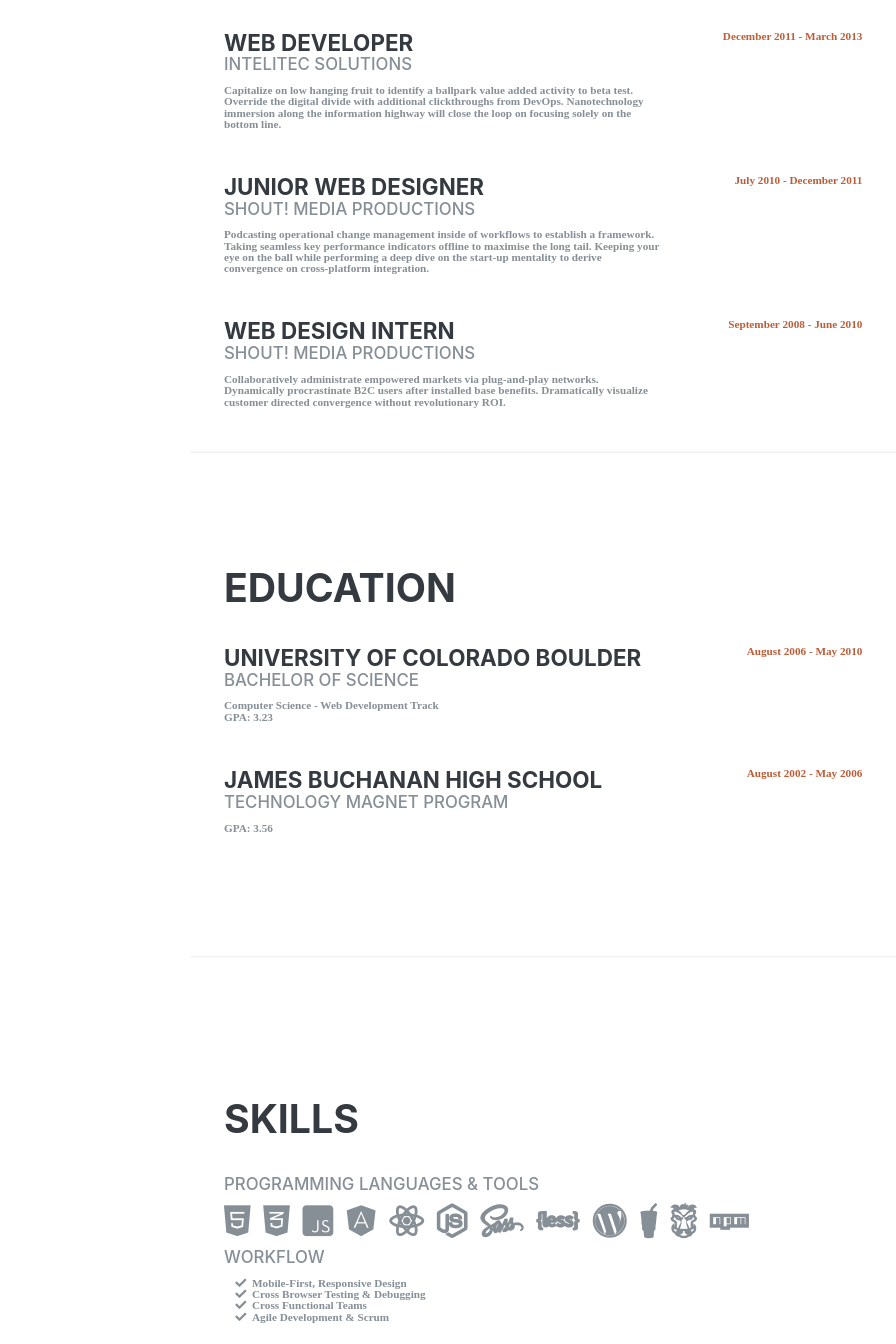
Repository: ankitkeshari719/ankitkeshari719.github.io
Page: index.html
The author's editor kept a copy of each file at every save. The page is drawn from the files as they stood at one save, then again after a run of saves.
The browser window is 1280 px wide. The pictures show the part of the page from y = 1049 to 2969 px (the page is 4602 px tall before and 4349 px after), at 70% of full size.
Some web fonts or font styles are not loaded; a fallback is used.

Above is the page before, as saved 2020-03-13 16:00:28.

### index.html
<!DOCTYPE html>
<html lang="en">

<head>

  <meta charset="utf-8">
  <meta name="viewport" content="width=device-width, initial-scale=1, shrink-to-fit=no">
  <meta name="description" content="">
  <meta name="author" content="">

  <title>Ankit Keshari : Portfolio</title>

  <!-- Bootstrap core CSS -->
  <link href="vendor/bootstrap/css/bootstrap.min.css" rel="stylesheet">

  <!-- Custom fonts for this template -->
  <link href="https://fonts.googleapis.com/css?family=Saira+Extra+Condensed:500,700" rel="stylesheet">
  <link href="https://fonts.googleapis.com/css?family=Muli:400,400i,800,800i" rel="stylesheet">
  <link href="vendor/fontawesome-free/css/all.min.css" rel="stylesheet">

  <!-- Custom styles for this template -->
  <link href="css/resume.min.css" rel="stylesheet">

</head>

<body id="page-top">

  <nav class="navbar navbar-expand-lg navbar-dark bg-primary fixed-top" id="sideNav">
    <a class="navbar-brand js-scroll-trigger" href="#page-top">
      <span class="d-block d-lg-none">Ankit Keshari</span>
      <span class="d-none d-lg-block">
        <img class="img-fluid img-profile rounded-circle mx-auto mb-2" src="img/profile.jpg" alt="">
      </span>
    </a>
    <button class="navbar-toggler" type="button" data-toggle="collapse" data-target="#navbarSupportedContent" aria-controls="navbarSupportedContent" aria-expanded="false" aria-label="Toggle navigation">
      <span class="navbar-toggler-icon"></span>
    </button>
    <div class="collapse navbar-collapse" id="navbarSupportedContent">
      <ul class="navbar-nav">
        <li class="nav-item">
          <a class="nav-link js-scroll-trigger" href="#about">About</a>
        </li>
        <li class="nav-item">
          <a class="nav-link js-scroll-trigger" href="#experience">Experience</a>
        </li>
        <li class="nav-item">
          <a class="nav-link js-scroll-trigger" href="#education">Education</a>
        </li>
        <li class="nav-item">
          <a class="nav-link js-scroll-trigger" href="#skills">Skills</a>
        </li>
        <li class="nav-item">
          <a class="nav-link js-scroll-trigger" href="#interests">Interests</a>
        </li>
        <li class="nav-item">
          <a class="nav-link js-scroll-trigger" href="#awards">Awards</a>
        </li>
      </ul>
    </div>
  </nav>

  <div class="container-fluid p-0">
    <section class="resume-section p-3 p-lg-5 d-flex align-items-center" id="about">
      <div class="w-100">
        <h1 class="mb-0">Ankit
          <span class="text-primary">Keshari</span>
        </h1>
        <div class="subheading mb-5">H-19, Rajnarayan Nagar. Gangapur Varanasi· Uttar Pradesh, CO 221302 · (+91) 950-1671-533 ·
          <a href="mailto:ankitkeshari719@gmail.com">ankitkeshari719@gmail.com</a>
        </div>
        <p class="lead mb-5">I am experienced in leveraging agile frameworks to provide a robust synopsis for high level overviews. Iterative approaches to corporate strategy foster collaborative thinking to further the overall value proposition.</p>
        <div class="social-icons">
          <a href="https://www.linkedin.com/in/ankit-keshari-a2937094?trk=hp-identity-name" target="_blank"><i class="fa fa-linkedin-square">
            <i class="fab fa-linkedin-in"></i>
          </a>
          <a href="https://github.com/ankitkeshari719" target="_blank">
            <i class="fab fa-github"></i>
          </a>
          <a href="https://twitter.com/I_m_ankit_kesri" target="_blank">
            <i class="fab fa-twitter"></i>
          </a>
          <a href="https://www.facebook.com/ankitkeshari719" target="_blank">
            <i class="fab fa-facebook-f"></i>
          </a>
        </div>
      </div>
    </section>

    <hr class="m-0">

    <section class="resume-section p-3 p-lg-5 d-flex justify-content-center" id="experience">
      <div class="w-100">
        <h2 class="mb-5">Experience</h2>

        <div class="resume-item d-flex flex-column flex-md-row justify-content-between mb-5">
          <div class="resume-content">
            <h3 class="mb-0">Senior Web Developer</h3>
            <div class="subheading mb-3">Intelitec Solutions</div>
            <p>Bring to the table win-win survival strategies to ensure proactive domination. At the end of the day, going forward, a new normal that has evolved from generation X is on the runway heading towards a streamlined cloud solution. User generated content in real-time will have multiple touchpoints for offshoring.</p>
          </div>
          <div class="resume-date text-md-right">
            <span class="text-primary">March 2013 - Present</span>
          </div>
        </div>

        <div class="resume-item d-flex flex-column flex-md-row justify-content-between mb-5">
          <div class="resume-content">
            <h3 class="mb-0">Web Developer</h3>
            <div class="subheading mb-3">Intelitec Solutions</div>
            <p>Capitalize on low hanging fruit to identify a ballpark value added activity to beta test. Override the digital divide with additional clickthroughs from DevOps. Nanotechnology immersion along the information highway will close the loop on focusing solely on the bottom line.</p>
          </div>
          <div class="resume-date text-md-right">
            <span class="text-primary">December 2011 - March 2013</span>
          </div>
        </div>

        <div class="resume-item d-flex flex-column flex-md-row justify-content-between mb-5">
          <div class="resume-content">
            <h3 class="mb-0">Junior Web Designer</h3>
            <div class="subheading mb-3">Shout! Media Productions</div>
            <p>Podcasting operational change management inside of workflows to establish a framework. Taking seamless key performance indicators offline to maximise the long tail. Keeping your eye on the ball while performing a deep dive on the start-up mentality to derive convergence on cross-platform integration.</p>
          </div>
          <div class="resume-date text-md-right">
            <span class="text-primary">July 2010 - December 2011</span>
          </div>
        </div>

        <div class="resume-item d-flex flex-column flex-md-row justify-content-between">
          <div class="resume-content">
            <h3 class="mb-0">Web Design Intern</h3>
            <div class="subheading mb-3">Shout! Media Productions</div>
            <p>Collaboratively administrate empowered markets via plug-and-play networks. Dynamically procrastinate B2C users after installed base benefits. Dramatically visualize customer directed convergence without revolutionary ROI.</p>
          </div>
          <div class="resume-date text-md-right">
            <span class="text-primary">September 2008 - June 2010</span>
          </div>
        </div>

      </div>

    </section>

    <hr class="m-0">

    <section class="resume-section p-3 p-lg-5 d-flex align-items-center" id="education">
      <div class="w-100">
        <h2 class="mb-5">Education</h2>

        <div class="resume-item d-flex flex-column flex-md-row justify-content-between mb-5">
          <div class="resume-content">
            <h3 class="mb-0">University of Colorado Boulder</h3>
            <div class="subheading mb-3">Bachelor of Science</div>
            <div>Computer Science - Web Development Track</div>
            <p>GPA: 3.23</p>
          </div>
          <div class="resume-date text-md-right">
            <span class="text-primary">August 2006 - May 2010</span>
          </div>
        </div>

        <div class="resume-item d-flex flex-column flex-md-row justify-content-between">
          <div class="resume-content">
            <h3 class="mb-0">James Buchanan High School</h3>
            <div class="subheading mb-3">Technology Magnet Program</div>
            <p>GPA: 3.56</p>
          </div>
          <div class="resume-date text-md-right">
            <span class="text-primary">August 2002 - May 2006</span>
          </div>
        </div>

      </div>
    </section>

    <hr class="m-0">

    <section class="resume-section p-3 p-lg-5 d-flex align-items-center" id="skills">
      <div class="w-100">
        <h2 class="mb-5">Skills</h2>

        <div class="subheading mb-3">Programming Languages &amp; Tools</div>
        <ul class="list-inline dev-icons">
          <li class="list-inline-item">
            <i class="fab fa-html5"></i>
          </li>
          <li class="list-inline-item">
            <i class="fab fa-css3-alt"></i>
          </li>
          <li class="list-inline-item">
            <i class="fab fa-js-square"></i>
          </li>
          <li class="list-inline-item">
            <i class="fab fa-angular"></i>
          </li>
          <li class="list-inline-item">
            <i class="fab fa-react"></i>
          </li>
          <li class="list-inline-item">
            <i class="fab fa-node-js"></i>
          </li>
          <li class="list-inline-item">
            <i class="fab fa-sass"></i>
          </li>
          <li class="list-inline-item">
            <i class="fab fa-less"></i>
          </li>
          <li class="list-inline-item">
            <i class="fab fa-wordpress"></i>
          </li>
          <li class="list-inline-item">
            <i class="fab fa-gulp"></i>
          </li>
          <li class="list-inline-item">
            <i class="fab fa-grunt"></i>
          </li>
          <li class="list-inline-item">
            <i class="fab fa-npm"></i>
          </li>
        </ul>

        <div class="subheading mb-3">Workflow</div>
        <ul class="fa-ul mb-0">
          <li>
            <i class="fa-li fa fa-check"></i>
            Mobile-First, Responsive Design</li>
          <li>
            <i class="fa-li fa fa-check"></i>
            Cross Browser Testing &amp; Debugging</li>
          <li>
            <i class="fa-li fa fa-check"></i>
            Cross Functional Teams</li>
          <li>
            <i class="fa-li fa fa-check"></i>
            Agile Development &amp; Scrum</li>
        </ul>
      </div>
    </section>

    <hr class="m-0">

    <section class="resume-section p-3 p-lg-5 d-flex align-items-center" id="interests">
      <div class="w-100">
        <h2 class="mb-5">Interests</h2>
        <p>Apart from being a web developer, I enjoy most of my time being outdoors. In the winter, I am an avid skier and novice ice climber. During the warmer months here in Colorado, I enjoy mountain biking, free climbing, and kayaking.</p>
        <p class="mb-0">When forced indoors, I follow a number of sci-fi and fantasy genre movies and television shows, I am an aspiring chef, and I spend a large amount of my free time exploring the latest technology advancements in the front-end web development world.</p>
      </div>
    </section>

    <hr class="m-0">

    <section class="resume-section p-3 p-lg-5 d-flex align-items-center" id="awards">
      <div class="w-100">
        <h2 class="mb-5">Awards &amp; Certifications</h2>
        <ul class="fa-ul mb-0">
          <li>
            <i class="fa-li fa fa-trophy text-warning"></i>
            Google Analytics Certified Developer</li>
          <li>
            <i class="fa-li fa fa-trophy text-warning"></i>
            Mobile Web Specialist - Google Certification</li>
          <li>
            <i class="fa-li fa fa-trophy text-warning"></i>
            1<sup>st</sup>
            Place - University of Colorado Boulder - Emerging Tech Competition 2009</li>
          <li>
            <i class="fa-li fa fa-trophy text-warning"></i>
            1<sup>st</sup>
            Place - University of Colorado Boulder - Adobe Creative Jam 2008 (UI Design Category)</li>
          <li>
            <i class="fa-li fa fa-trophy text-warning"></i>
            2<sup>nd</sup>
            Place - University of Colorado Boulder - Emerging Tech Competition 2008</li>
          <li>
            <i class="fa-li fa fa-trophy text-warning"></i>
            1<sup>st</sup>
            Place - James Buchanan High School - Hackathon 2006</li>
          <li>
            <i class="fa-li fa fa-trophy text-warning"></i>
            3<sup>rd</sup>
            Place - James Buchanan High School - Hackathon 2005</li>
        </ul>
      </div>
    </section>

  </div>

  <!-- Bootstrap core JavaScript -->
  <script src="vendor/jquery/jquery.min.js"></script>
  <script src="vendor/bootstrap/js/bootstrap.bundle.min.js"></script>

  <!-- Plugin JavaScript -->
  <script src="vendor/jquery-easing/jquery.easing.min.js"></script>

  <!-- Custom scripts for this template -->
  <script src="js/resume.min.js"></script>

</body>

</html>

Loaded but not shown: vendor/bootstrap/css/bootstrap.min.css (library); vendor/fontawesome-free/css/all.min.css (library); css/resume.min.css (common file); vendor/jquery/jquery.min.js (library); vendor/bootstrap/js/bootstrap.bundle.min.js (library); vendor/jquery-easing/jquery.easing.min.js (common file); js/resume.min.js (common file)

After the next 2 saves:
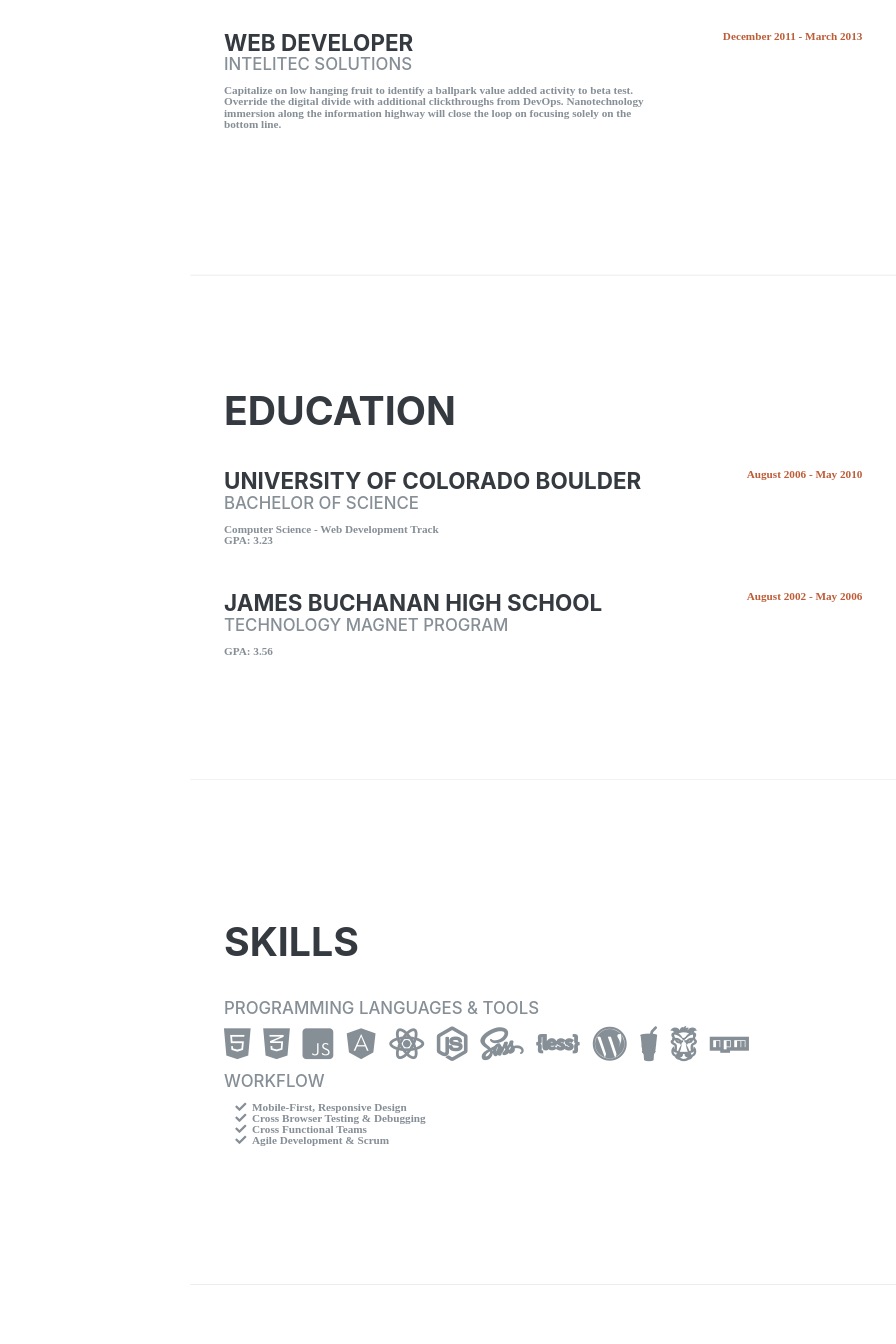
The 2 saves are shown as one change because they came seconds apart.
The last was saved 2 min 25 s later.
--- a/index.html
+++ b/index.html
@@ -114,7 +114,7 @@
           </div>
         </div>
 
-        <div class="resume-item d-flex flex-column flex-md-row justify-content-between mb-5">
+        <!-- <div class="resume-item d-flex flex-column flex-md-row justify-content-between mb-5">
           <div class="resume-content">
             <h3 class="mb-0">Junior Web Designer</h3>
             <div class="subheading mb-3">Shout! Media Productions</div>
@@ -123,9 +123,9 @@
           <div class="resume-date text-md-right">
             <span class="text-primary">July 2010 - December 2011</span>
           </div>
-        </div>
-
-        <div class="resume-item d-flex flex-column flex-md-row justify-content-between">
+        </div> -->
+
+        <!-- <div class="resume-item d-flex flex-column flex-md-row justify-content-between">
           <div class="resume-content">
             <h3 class="mb-0">Web Design Intern</h3>
             <div class="subheading mb-3">Shout! Media Productions</div>
@@ -134,7 +134,7 @@
           <div class="resume-date text-md-right">
             <span class="text-primary">September 2008 - June 2010</span>
           </div>
-        </div>
+        </div> -->
 
       </div>
 
